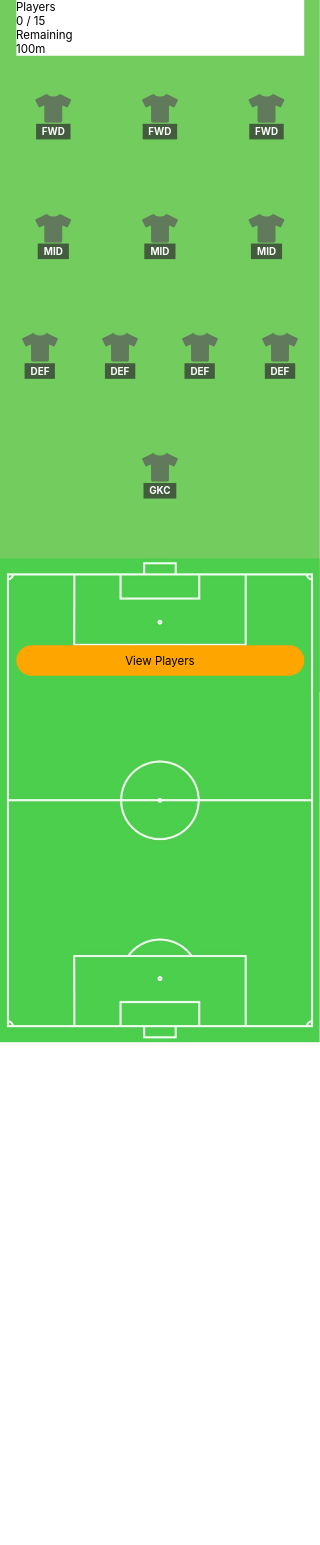
Repository: JavaidAhmadKhan/UEFA
Screen: /
An editor plug-in stored every save of this project. The screen is shown before and after a run of saves, followed by the edit.
The pictures are shown at 82% of full size.
The app was drawn by React Native's web renderer in a window 390 px wide. The project was rebuilt for these pictures with package versions that can differ from the ones it lists, and the page was loaded fresh each time. Some packages were replaced by stand-ins written for this rebuild.

Above is the screen before, as saved 2021-07-07 12:05:49.

After the next 2 saves:
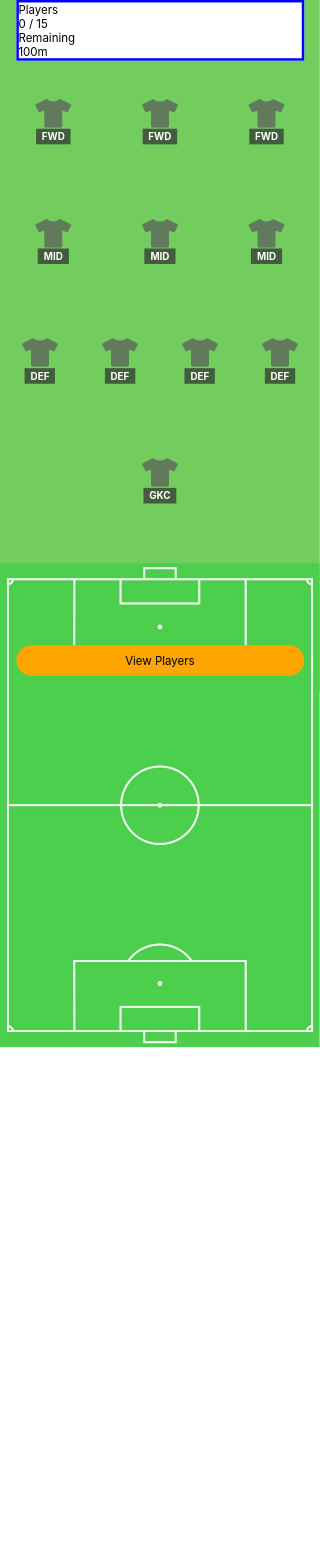
The 2 saves are shown as one change because they came seconds apart.
The last was saved 21 s later.
--- a/components/TeamStats.tsx
+++ b/components/TeamStats.tsx
@@ -18,7 +18,12 @@ const TeamStats = () => {
 };
 
 const styles = StyleSheet.create({
-  container: { backgroundColor: "white", width: "90%" },
+  container: {
+    backgroundColor: "white",
+    width: "90%",
+    borderWidth: 3,
+    borderColor: "blue",
+  },
   label: {},
   value: {},
 });
